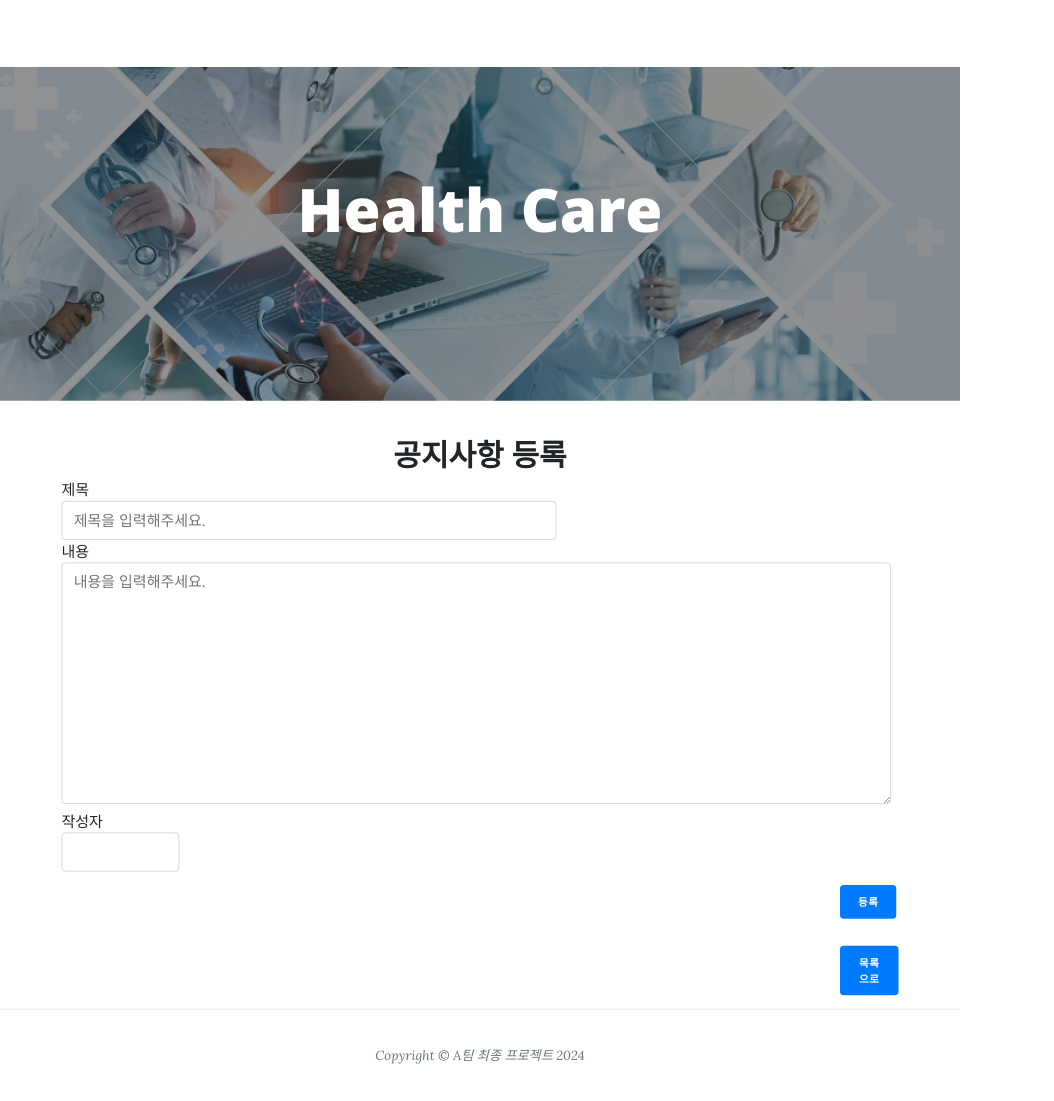
Repository: honsb91/project
Page: http://localhost/hospital/WEB-INF/views/board/notwriter.jsp
The author's editor kept a copy of each file at every save. The page is drawn from the files as they stood at one save, then again after a run of saves.
The browser window is 1280 px wide. The page is 1280 px wide, then 1405 px, then 1280 px, so the pictures cover 1405 px, including what lies to the right of the window. The pictures show the whole page, at 75% of full size.
Some web libraries are served in a nearby version. The page is served by Tomcat 9. Nobody is signed in. Other server files are loaded and not shown. The template is opened directly, without the code that normally fills it, so the values that code supplies are empty.

Above is the page before, as saved 2024-02-07 03:38:13.

### hospital/src/main/webapp/WEB-INF/views/board/notwriter.jsp
<%@ page language="java" contentType="text/html; charset=UTF-8"
    pageEncoding="UTF-8"%>
<!DOCTYPE html>
<html>
<head>
<meta charset="UTF-8">
<title>Insert title here</title>
</head>
<link rel="stylesheet" href="/resources/css/board/notwriter.css">
<script src="https://ajax.googleapis.com/ajax/libs/jquery/3.3.1/jquery.min.js"></script>
<body>
<jsp:include page="/WEB-INF/views/include/header.jsp"/>
<h1>공지사항 등록</h1>
<form id="notice_form" action="/board/notwriter" method="post">
<div class="container">
    <div class="form-container">
        <div class="menu">제목</div>
           <input type="text" name="notice_title" class="notice-subject" placeholder=" 제목을 입력해주세요.">
    </div>
    <div class="form-container">
        <div class="menu">내용</div>
           <textarea name="notice_content" cols="30" rows="10" placeholder=" 내용을 입력해주세요." class="content"></textarea>
    </div>
    <div class="form-container">
        <div class="menu">작성자</div>
        <input type="text" name="notice_writer" id="writer" class="notice-subject">
    </div>
    <div class="button-container">
    <button type="submit" class="btn">등록</button>
    <button type="button" class="btn" id="notice_list">목록으로</button>
    </div>
    </div>
</form>
<jsp:include page="/WEB-INF/views/include/footer.jsp"/>
</body>
<script>
$(document).ready(function(){
    $("#notice_list").click(function(){
        // 목록 페이지로 이동
        window.location.href = "/board/notice";
    });
});
</script>
</html>

### hospital/src/main/webapp/WEB-INF/views/include/header.jsp
<%@ page language="java" contentType="text/html; charset=UTF-8"
	pageEncoding="UTF-8"%>
<%@ taglib prefix="c" uri="http://java.sun.com/jsp/jstl/core"%>
<meta charset="UTF-8">`
<title>Insert title here</title>
<head>
<meta charset="utf-8" />
<meta name="viewport" content="width=device-width, initial-scale=1, shrink-to-fit=no" />
<meta name="description" content="" />
<meta name="author" content="" />
<link rel="icon" type="image/x-icon" href="/resources/assets/favicon.ico" />
<script src="https://use.fontawesome.com/releases/v6.3.0/js/all.js" crossorigin="anonymous"></script>
<link href="https://fonts.googleapis.com/css?family=Lora:400,700,400italic,700italic" rel="stylesheet" type="text/css" />
<link href="https://fonts.googleapis.com/css?family=Open+Sans:300italic,400italic,600italic,700italic,800italic,400,300,600,700,800"
	rel="stylesheet" type="text/css" />
<link href="/resources/css/styles.css" rel="stylesheet" />
</head>
<body>
	<!-- Navigation-->
	<nav class="navbar navbar-expand-lg navbar-light" id="mainNav">
		<div class="container px-4 px-lg-5">
			<a class="navbar-brand" href="/main">Health Care</a>
			<button class="navbar-toggler" type="button"
				data-bs-toggle="collapse" data-bs-target="#navbarResponsive"
				aria-controls="navbarResponsive" aria-expanded="false"
				aria-label="Toggle navigation">
				Menu <i class="fas fa-bars"></i>
			</button>
			<div class="collapse navbar-collapse" id="navbarResponsive">
				<ul class="navbar-nav ms-auto py-4 py-lg-0 ">
    				<li class="nav-item"><a class="nav-link px-lg-3 py-3 py-lg-4" href="/main">Home</a></li>
    				<!-- 관리자로 로그인시 faq 와 공지사항은 안보이게 처리-->
    				<c:if test="${empty admin}">
    					<li class="nav-item"><a class="nav-link px-lg-3 py-3 py-lg-4" href="<c:url value='/board/faq'/>">FAQ</a></li>
    					<li class="nav-item"><a class="nav-link px-lg-3 py-3 py-lg-4" href="<c:url value='/board/notice'/>">공지사항</a></li>
    					<li class="nav-item"><a class="nav-link px-lg-3 py-3 py-lg-4" href="<c:url value='/board/qsboard'/>">질문게시판</a></li>
    				</c:if>

    				<c:if test="${empty patient and empty admin}">
        			<!-- 로그인 안 된 경우 -->
        				<li class="nav-item"><a class="nav-link px-lg-3 py-3 py-lg-4" href="<c:url value='/member/login'/>">로그인</a></li>
        				<li class="nav-item"><a class="nav-link px-lg-3 py-3 py-lg-4" href="<c:url value='/admin/login'/>">관리자 로그인</a></li>
        				<li class="nav-item"><a class="nav-link px-lg-3 py-3 py-lg-4" href="<c:url value='/member/join'/>">회원가입</a></li>
    				</c:if>

    				<c:if test="${not empty patient}">
        			<!-- 일반 회원으로 로그인된 경우 -->
        				<li class="nav-item"><a class="nav-link px-lg-3 py-3 py-lg-4" href="<c:url value='/member/logout'/>">로그아웃</a></li>
    				</c:if>

    				<c:if test="${not empty admin}">
        			<!-- 관리자로 로그인된 경우 -->
        				<li class="nav-item"><a class="nav-link px-lg-3 py-3 py-lg-4" href="<c:url value='/board/patient'/>">환자정보 관리</a></li>
        				<li class="nav-item"><a class="nav-link px-lg-3 py-3 py-lg-4" href="<c:url value='/board/faq'/>">FAQ 관리</a></li>
        				<li class="nav-item"><a class="nav-link px-lg-3 py-3 py-lg-4" href="<c:url value='/board/notice'/>">공지사항 관리</a></li>
        				<li class="nav-item"><a class="nav-link px-lg-3 py-3 py-lg-4" href="<c:url value='/admin/logout'/>">로그아웃</a></li>
    				</c:if>
				</ul>
			</div>
		</div>
	</nav>
	<!-- Page Header-->
	<header class="masthead" style="background-image: url('/resources/assets/img/test4.png')">
		<div class="container position-relative px-4 px-lg-5">
			<div class="row gx-4 gx-lg-5 justify-content-center">
				<div class="col-md-10 col-lg-8 col-xl-7">
					<div class="site-heading">
						<h1>Health Care</h1>
					</div>
				</div>
			</div>
		</div>
	</header>

### hospital/src/main/webapp/WEB-INF/views/include/footer.jsp
<%@ page language="java" contentType="text/html; charset=UTF-8"
    pageEncoding="UTF-8"%>
<!DOCTYPE html>
<html>
<head>
<meta charset="UTF-8">
<title>Insert title here</title>
</head>
<body>
<footer class="border-top">
		<div class="container px-4 px-lg-5">
			<div class="row gx-4 gx-lg-5 justify-content-center">
				<div class="col-md-10 col-lg-8 col-xl-7">
					<div class="small text-center text-muted fst-italic">Copyright
						&copy; A팀 최종 프로젝트 2024</div>
				</div>
			</div>
		</div>
	</footer>
	<!-- Bootstrap core JS-->
	<script
		src="https://cdn.jsdelivr.net/npm/bootstrap@5.2.3/dist/js/bootstrap.bundle.min.js"></script>
	<!-- Core theme JS-->
	<script src="js/scripts.js"></script>
</body>
</html>

### hospital/src/main/webapp/resources/css/board/notwriter.css

h1 {
    text-align: center;
}

/* form {
    max-width: 4000px;
    margin: 0 auto;
} */

input[type="text"]{
	width: calc(60% - 10px);
    padding: 10px;
    border-radius: 5px;
    border: 1px solid #ccc;
}

textarea {
    width: calc(100% - 10px);
    padding: 10px;
    border-radius: 5px;
    border: 1px solid #ccc;
}

#writer{
	width: calc(15% - 10px);
    padding: 10px;
    border-radius: 5px;
    border: 1px solid #ccc;
}

button.btn {
    padding: 12px 24px;
    background-color: #007bff;
    color: #fff;
    border: none;
    border-radius: 5px;
    cursor: pointer;
    margin-top: 18px;
    margin-bottom: 18px;
    margin-left: 93%;
}
button.btn:hover {
    background-color: #4da6ff; /* 호버 시 배경색 변경 */
}

### hospital/src/main/webapp/resources/js/scripts.js
/*!
* Start Bootstrap - Clean Blog v6.0.9 (https://startbootstrap.com/theme/clean-blog)
* Copyright 2013-2023 Start Bootstrap
* Licensed under MIT (https://github.com/StartBootstrap/startbootstrap-clean-blog/blob/master/LICENSE)
*/
window.addEventListener('DOMContentLoaded', () => {
    let scrollPos = 0;
    const mainNav = document.getElementById('mainNav');
    const headerHeight = mainNav.clientHeight;
    window.addEventListener('scroll', function() {
        const currentTop = document.body.getBoundingClientRect().top * -1;
        if ( currentTop < scrollPos) {
            // Scrolling Up
            if (currentTop > 0 && mainNav.classList.contains('is-fixed')) {
                mainNav.classList.add('is-visible');
            } else {
                console.log(123);
                mainNav.classList.remove('is-visible', 'is-fixed');
            }
        } else {
            // Scrolling Down
            mainNav.classList.remove(['is-visible']);
            if (currentTop > headerHeight && !mainNav.classList.contains('is-fixed')) {
                mainNav.classList.add('is-fixed');
            }
        }
        scrollPos = currentTop;
    });
})

Loaded but not shown: hospital/src/main/webapp/resources/css/styles.css (library)

After the next 2 saves:
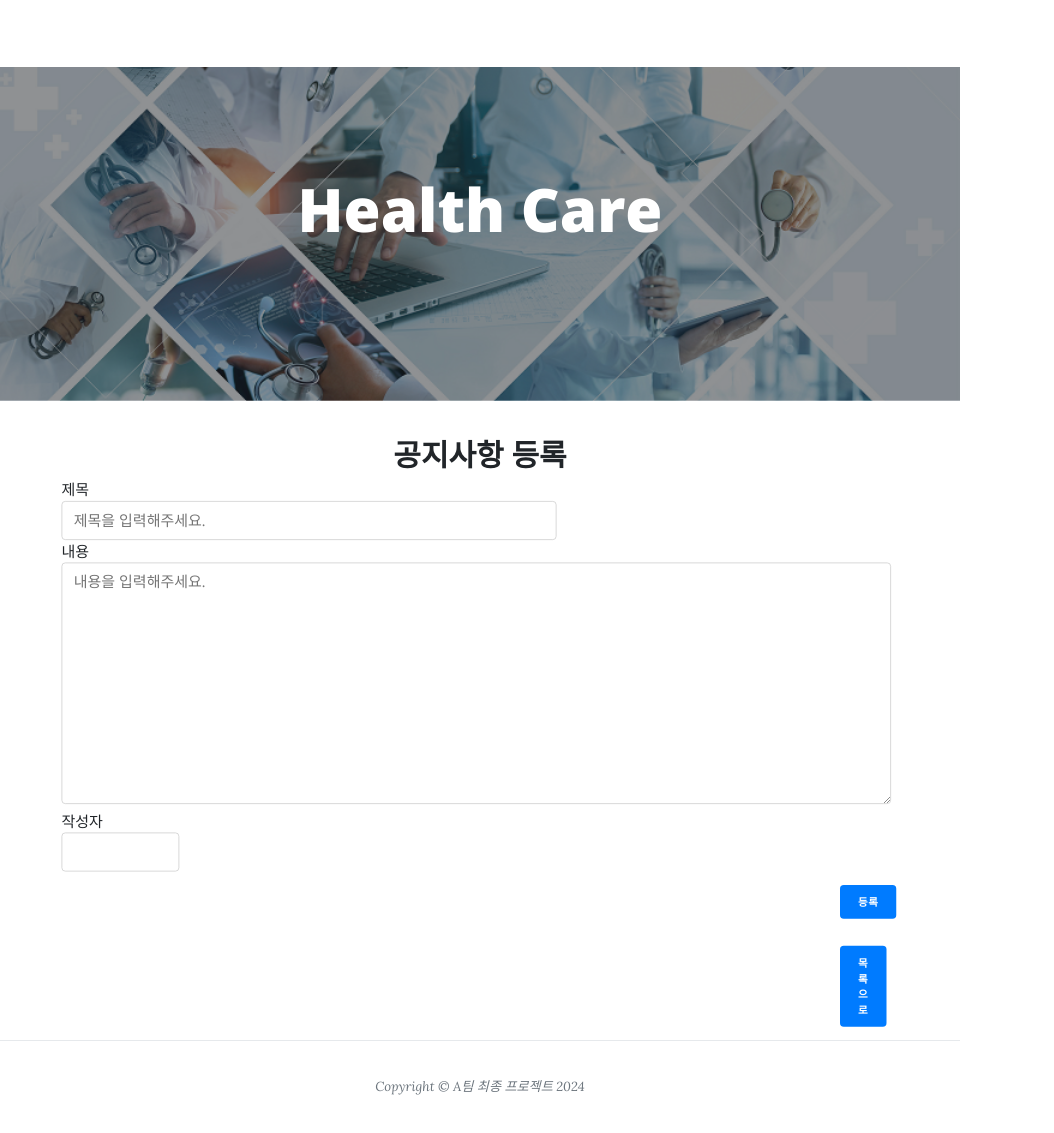
The 2 saves are shown as one change because they came seconds apart.
The last was saved 20 min 57 s later.
--- a/hospital/src/main/webapp/resources/css/board/notwriter.css
+++ b/hospital/src/main/webapp/resources/css/board/notwriter.css
@@ -43,3 +43,7 @@ button.btn {
 button.btn:hover {
     background-color: #4da6ff; /* 호버 시 배경색 변경 */
 }
+
+#notice_list{
+	margin-right: 20%;
+}

After the save that followed:
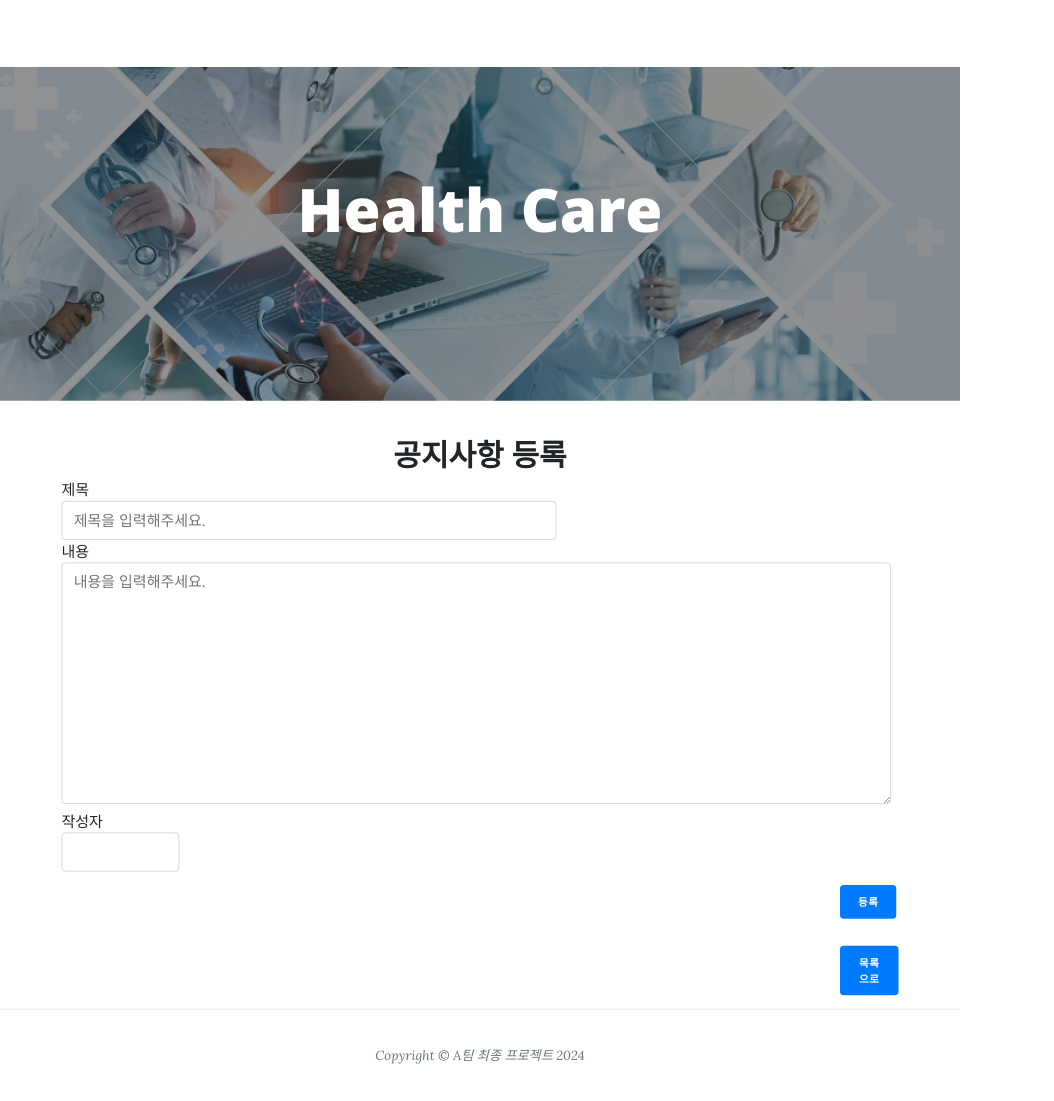
Saved 80 s later.
--- a/hospital/src/main/webapp/resources/css/board/notwriter.css
+++ b/hospital/src/main/webapp/resources/css/board/notwriter.css
@@ -43,7 +43,3 @@ button.btn {
 button.btn:hover {
     background-color: #4da6ff; /* 호버 시 배경색 변경 */
 }
-
-#notice_list{
-	margin-right: 20%;
-}
